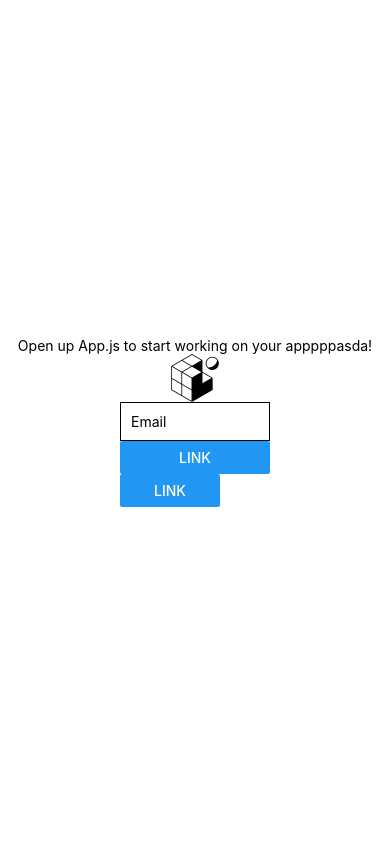
Repository: ntu34543/ReactNativeAndroid
Screen: /
An editor plug-in stored every save of this project. The screen is shown before and after the next save, followed by the edit.
The app was drawn by React Native's web renderer in a window 390 px wide. The project was rebuilt for these pictures with package versions that can differ from the ones it lists, and the page was loaded fresh each time.

Above is the screen before, as saved 2022-09-23 16:34:26.

After the next save:
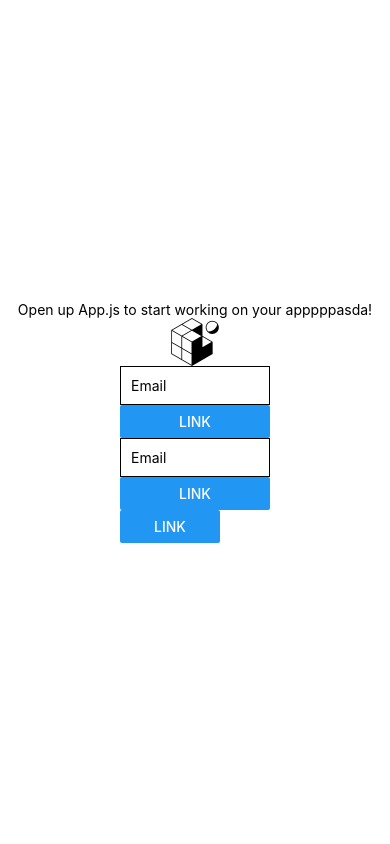
Saved 8 s later.
--- a/App.js
+++ b/App.js
@@ -7,6 +7,8 @@ export default function App() {
       <Text>Open up App.js to start working on your apppppasda!</Text>
       <Image source={require("./assets/favicon.png")} />
       <View style={styles.body}>
+        <TextInput style={styles.TextInput} placeholder="Email" />
+        <Button title="Link" />
         <View>
           <TextInput style={styles.TextInput} placeholder="Email" />
           <Button title="Link" />
